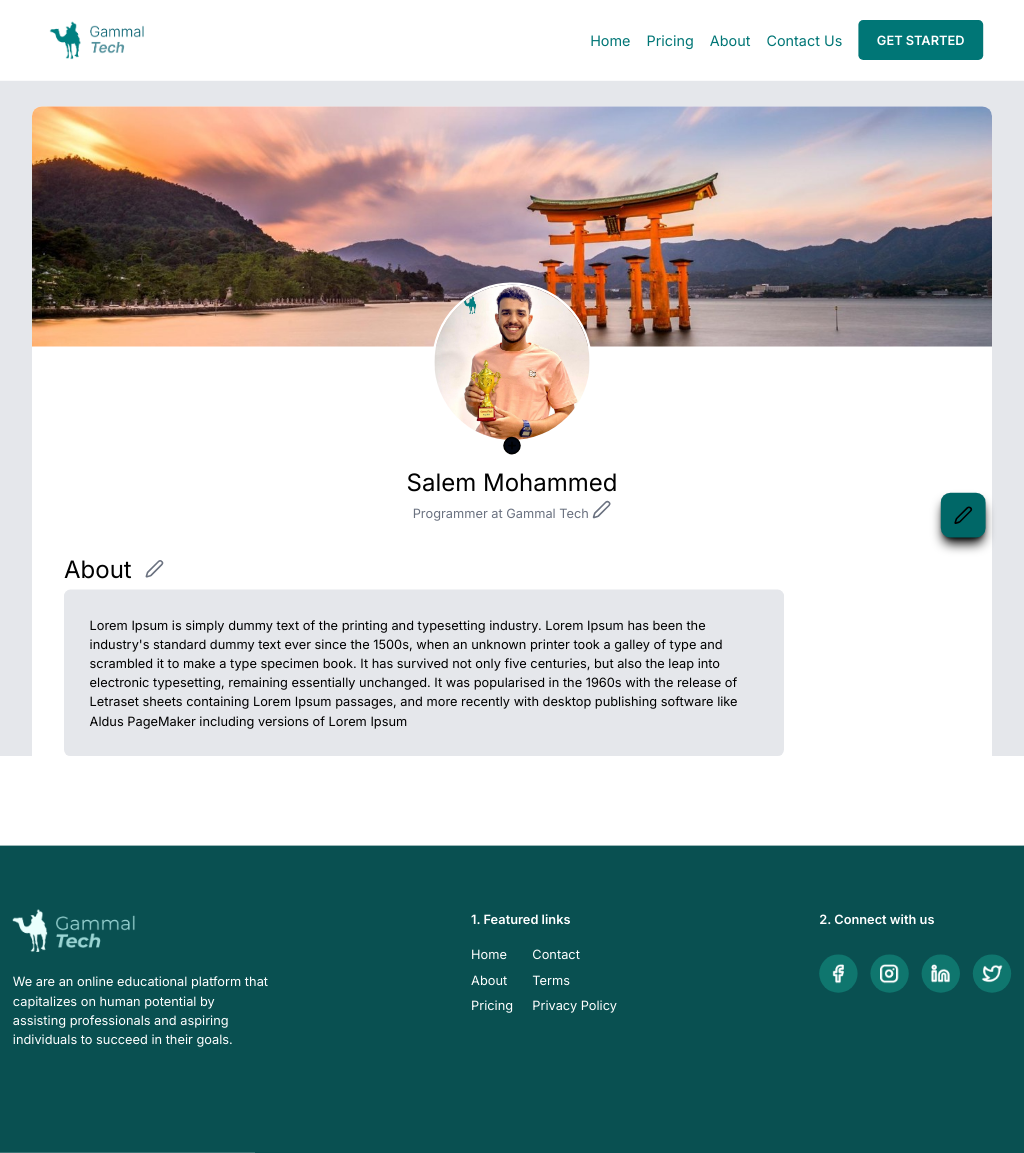
Repository: Ahmed77669/Internship-test
Page: /profile
An editor plug-in stored every save of this project. The page is shown before and after the next save, followed by the edit.
The browser window is 1280 px wide. The pictures show the whole page, at 80% of full size.
The page's requests for data from a server got no answer. The project was rebuilt for these pictures with package versions that can differ from the ones it lists, and the page was loaded fresh each time. The framework's server and built-in components were replaced by stand-ins that run in the browser. No one was signed in, and anything a server would have sent is missing. Also part of the build but not shown: next.config.mjs, components/Header/NavBarAuth.tsx.

Above is the page before, as saved 2024-10-25 14:34:27.

### app/layout.tsx
import type { Metadata } from "next";
import localFont from "next/font/local";
import "@/app/styles/globals.css";
import NavBarHome from "@/components/Header/Navbar";
import NavBarAuth from "@/components/Header/NavBarAuth";
import { Inter } from "next/font/google";
import Footer from "@/components/Footer/Footer";
import { cookies } from "next/headers";

const inter = Inter({
  subsets: ["latin"],
});
const geistSans = localFont({
  src: "./fonts/GeistVF.woff",
  variable: "--font-geist-sans",
  weight: "100 900",
});
const geistMono = localFont({
  src: "./fonts/GeistMonoVF.woff",
  variable: "--font-geist-mono",
  weight: "100 900",
});

export const metadata: Metadata = {
  title: "Gammal Tech Exam",
  description: "Generated by create next app",
};

export default function RootLayout({
  children,
}: Readonly<{
  children: React.ReactNode;
}>) {
  const cookieStore = cookies();
  const isAuthenticated = cookieStore.get("isAuthenticated")?.value === "true";
  return (
    <html lang="en">
      <body
        className={`${geistSans.variable} ${geistMono.variable} antialiased ${inter.className}`}
      >
        {isAuthenticated ? <NavBarAuth /> : <NavBarHome />}
        {children}
        <Footer />
      </body>
    </html>
  );
}

### app/profile/page.tsx
import React from 'react'
import Profile from '@/components/Profile/Profile'
const profile = () => {
  return (
    <Profile />
  )
}

export default profile

### app/styles/globals.css
@tailwind base;
@tailwind components;
@tailwind utilities;

:root {
  --background: #ffffff;
  /* --foreground: #171717; */
}

@media (prefers-color-scheme: dark) {
  :root {
    /* --background: #0a0a0a; */
    --foreground: #ededed;
  }
}

body {
  color: var(--foreground);
  background: var(--background);
  font-family: Arial, Helvetica, sans-serif;
}

@layer utilities {
  .text-balance {
    text-wrap: balance;
  }
}

### components/Header/Navbar.tsx
"use client";
import React, { useEffect, useState } from "react";
import GT_logo from "@/public/gammalTech-logos/Component 6.png";
import Link from "next/link";
import Image from "next/image";
import { Menu } from "lucide-react";
import { X } from "lucide-react";

export default function NavBarHome() {
  const [isOpen, setIsOpen] = useState(false);

  const toggleMenu = () => {
    setIsOpen((prev) => !prev);
  };

  useEffect(() => {
    const handleResize = () => {
      if (window.innerWidth > 1024) {
        setIsOpen(false);
      }
    };

    window.addEventListener("resize", handleResize);
    return () => {
      window.removeEventListener("resize", handleResize);
    };
  }, []);

  return (
    <div className={`py-5 container mx-auto w-[92%]`}>
      <nav className="relative">
        <ul className="flex justify-between items-center">
          <li className="min-w-[152px]">
            <Link href="/">
              <Image
                src={GT_logo}
                alt="Gammal Tech Logo"
                width={130}
                className="cursor-pointer"
              />
            </Link>
          </li>
          <div className="hidden md:flex space-x-5">
            <Link
              href="/"
              className="text-[#007676] text-[18px] font-normal flex items-center"
            >
              Home
            </Link>
            <Link
              href="/pricing"
              className="text-[#007676] text-[18px] font-normal flex items-center"
            >
              Pricing
            </Link>
            <Link
              href="https://www.gammal.tech/"
              className="text-[#007676] text-[18px] font-normal flex items-center"
            >
              About
            </Link>
            <Link
              href="#"
              className="text-[#007676] text-[18px] font-normal flex items-center"
            >
              Contact Us
            </Link>
            <Link href="/signup">
              <button className="bg-[#007676] text-white rounded-md w-[156px] h-[50px] text-[16px] font-semibold  py-1 px-3 transition-all duration-300 ease-in-out hover:bg-[#005555] hover:shadow-lg">
                GET STARTED
              </button>
            </Link>
          </div>
          <div className="md:hidden flex items-center">
            <button
              onClick={toggleMenu}
              className="text-[#007676] focus:outline-none"
            >
              {isOpen ? (
                <X size={40} color="#007676" strokeWidth={2} />
              ) : (
                <Menu size={40} color="#007676" strokeWidth={2} />
              )}
            </button>
          </div>
        </ul>

        {isOpen && (
          <div className="absolute right-0 mt-2 w-full bg-white shadow-lg rounded-lg z-20 transition-transform transform origin-top-right scale-100">
            <div className="flex flex-col items-center justify-center mx-auto p-4">
              <Link
                href="/"
                className="text-[#007676] text-lg font-semibold hover:bg-[#f0f0f0] transition duration-200 p-3 rounded-lg text-center w-full"
                onClick={() => setIsOpen(false)}
              >
                Home
              </Link>
              <Link
                href="/pricing"
                className="text-[#007676] text-lg font-semibold hover:bg-[#f0f0f0] transition duration-200 p-3 rounded-lg text-center w-full"
                onClick={() => setIsOpen(false)}
              >
                Pricing
              </Link>
              <Link
                href="/about"
                className="text-[#007676] text-lg font-semibold hover:bg-[#f0f0f0] transition duration-200 p-3 rounded-lg text-center w-full"
                onClick={() => setIsOpen(false)}
              >
                About Us
              </Link>

              <button
                className="mt-4 bg-[#007676] text-white text-lg font-semibold py-2 px-6 rounded-lg hover:bg-[#005c5c] transition duration-200"
                onClick={() => setIsOpen(false)}
              >
                GET STARTED
              </button>
            </div>
          </div>
        )}
      </nav>
    </div>
  );
}

### components/Footer/Footer.tsx
import React from "react";
import Image from "next/image";
import footerLogo from "@/public/gammalTech-logos/footer-logo.png";
import Link from "next/link";
import linkdin from "@/public/socialmediaIcons/linkdin.png";
import facebook from "@/public/socialmediaIcons/Facebook.png";
import instagram from "@/public/socialmediaIcons/Instagram.png";
import twitter from "@/public/socialmediaIcons/Twitter.png";

const Footer = () => {
  return (
    <section className="bg-[#095051] py-20 min-h-96 h-auto">
      <div className="container mx-auto px-4 ">
        <div className="flex justify-between flex-wrap ">
          <div className="mb-10">
            <div className="mb-6">
              <Image src={footerLogo} alt="Gammal Tech Logo" width={152} />
            </div>
            <div className="text-white w-80">
              We are an online educational platform that capitalizes on human
              potential by assisting professionals and aspiring individuals to
              succeed in their goals.
            </div>
          </div>

          <div className="text-white flex flex-col mb-10">
  <p className="font-semibold mb-5">1. Featured links</p>
  <div className="flex justify-between">
    {/* First column of links */}
    <div className="flex flex-col space-y-2 mr-6">
      <Link href="/">Home</Link>
      <Link href="https://www.gammal.tech/">About</Link>
      <Link href="/pricing">Pricing</Link>
    </div>

    {/* Second column of links */}
    <div className="flex flex-col space-y-2">
      <Link href="#">Contact</Link>
      <Link href="#">Terms</Link>
      <Link href="#">Privacy Policy</Link>
    </div>
  </div>
</div>


          <div>
            <p className="text-white font-semibold mb-8">2. Connect with us</p>
            <div className="flex space-x-4">
              <Link
                href="https://www.facebook.com/gammal.tech/?locale=ar_AR"
                passHref
                target="_blank"
              >
                <div className="w-12 h-12 bg-teal-700 rounded-full flex items-center justify-center cursor-pointer">
                  <Image src={facebook} alt="Facebook Logo" />
                </div>
              </Link>
              <Link
                href="https://www.instagram.com/gammal.tech/?hl=ar"
                passHref
                target="_blank"
              >
                <div className="w-12 h-12 bg-teal-700 rounded-full flex items-center justify-center cursor-pointer">
                  <Image src={instagram} alt="Instagram Logo" />
                </div>
              </Link>
              <Link
                href="https://www.linkedin.com/company/gammal-tech/"
                passHref
                target="_blank"
              >
                <div className="w-12 h-12 bg-teal-700 rounded-full flex items-center justify-center cursor-pointer">
                  <Image src={linkdin} alt="LinkedIn Logo" />
                </div>
              </Link>
              <Link
                href="https://x.com/gammaltech?lang=ar"
                passHref
                target="_blank"
              >
                <div className="w-12 h-12 bg-teal-700 rounded-full flex items-center justify-center cursor-pointer">
                  <Image src={twitter} alt="Twitter Logo" />
                </div>
              </Link>
            </div>
          </div>
        </div>
      </div>
    </section>
  );
};

export default Footer;

### components/Profile/Profile.tsx
import React from "react";
import Image from "next/image";
import selectedImage from "@/public/coders photos/coder2.jpg";
import popoo from "@/public/popoo.jpg"
import { Pen , PlusCircle} from "lucide-react";

const Profile = () => {
  return (
    <section className="bg-gray-200 mb-28 ">
      <div className="flex justify-center container mx-auto">
        <div className="w-[1200px]  bg-white rounded-t-xl mt-8">
        <div className="w-full h-[300px] mb-5 rounded-t-xl" style={{
  backgroundImage: "url('/popoo.jpg')",
  backgroundSize: "cover",
  backgroundPosition: "center",
  backgroundRepeat: "no-repeat",
}}></div>
<div className="bg-[#006767] w-14 h-14 shadow-black shadow-lg flex items-center justify-center rounded-xl absolute right-4 bottom-4 sm:right-6 sm:bottom-6 md:right-10 md:bottom-10 lg:right-12 lg:bottom-12 cursor-pointer">
  <Pen />
</div>

<div className="flex flex-col items-center -mt-[100px] mb-10">
  <Image
    src={selectedImage}
    alt="Profile Avatar"
    width={200}
    height={200}
    style={{
      width: "200px",
      height: "200px",
      borderRadius: "300px",
      objectFit: "cover",
      border: "3px white solid"
    }}
  />
<PlusCircle className="relative -inset-y-2 fill-gray-950 cursor-pointer"/>
  <p className="text-black text-3xl mt-2">Salem Mohammed</p>
  <div className="flex">
  <p className="text-gray-500 text-[16px] mt-2 mr-1">Programmer at Gammal Tech</p>
    <Pen className="text-lg mt-1 text-gray-500 cursor-pointer" />
  </div>
</div>
<div className="flex">
<div className="text-black text-3xl ml-10 mr-4 mb-2">
  About
</div>
<Pen className="text-lg mt-[6px]  text-gray-500 cursor-pointer" />
</div>
<div className="bg-gray-200 p-8 rounded-lg w-3/4 ml-10">
  <p className="text-black">
Lorem Ipsum is simply dummy text of the printing and typesetting industry. Lorem Ipsum has been the industry's standard dummy text ever since the 1500s, when an unknown printer took a galley of type and scrambled it to make a type specimen book. It has survived not only five centuries, but also the leap into electronic typesetting, remaining essentially unchanged. It was popularised in the 1960s with the release of Letraset sheets containing Lorem Ipsum passages, and more recently with desktop publishing software like Aldus PageMaker including versions of Lorem Ipsum
</p>
</div>

        </div>
      </div>
    </section>
  );
};

export default Profile;

### tailwind.config.js
/** @type {import('tailwindcss').Config} */
module.exports = {
  content: [
    './components/**/*.{js,ts,jsx,tsx}',
    './app/**/*.{js,ts,jsx,tsx}',
    './middleware.ts'
  ],
  theme: {
    extend: {},
  },
  plugins: [],
}

After the next save:
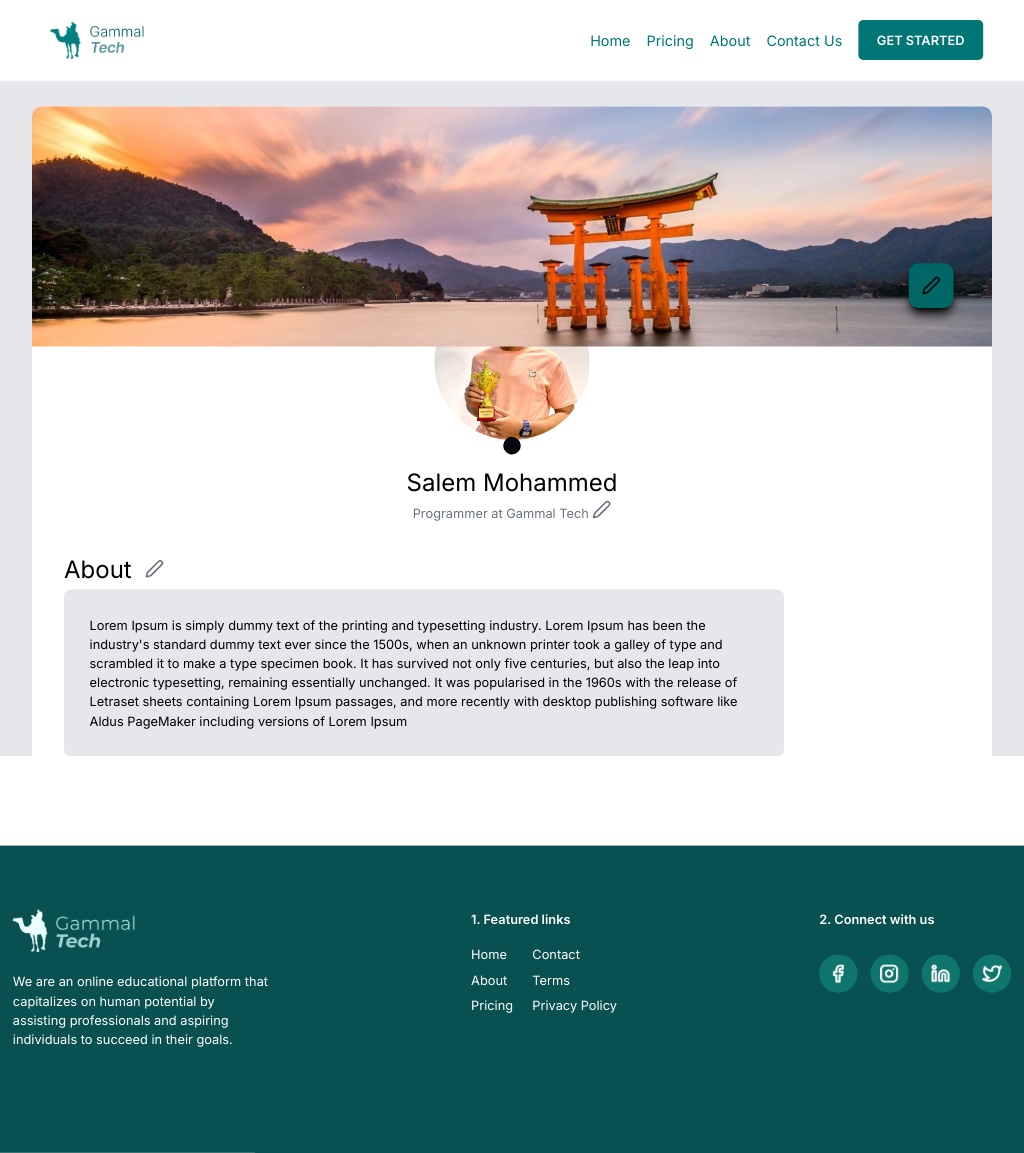
Saved 64 s later.
--- a/components/Profile/Profile.tsx
+++ b/components/Profile/Profile.tsx
@@ -9,14 +9,15 @@
     <section className="bg-gray-200 mb-28 ">
       <div className="flex justify-center container mx-auto">
         <div className="w-[1200px]  bg-white rounded-t-xl mt-8">
-        <div className="w-full h-[300px] mb-5 rounded-t-xl" style={{
+        <div className="relative w-full h-[300px] mb-5 rounded-t-xl" style={{
   backgroundImage: "url('/popoo.jpg')",
   backgroundSize: "cover",
   backgroundPosition: "center",
   backgroundRepeat: "no-repeat",
-}}></div>
-<div className="bg-[#006767] w-14 h-14 shadow-black shadow-lg flex items-center justify-center rounded-xl absolute right-4 bottom-4 sm:right-6 sm:bottom-6 md:right-10 md:bottom-10 lg:right-12 lg:bottom-12 cursor-pointer">
-  <Pen />
+}}>
+  <div className="bg-[#006767] w-14 h-14 shadow-black shadow-lg flex items-center justify-center rounded-xl absolute right-4 bottom-4 sm:right-6 sm:bottom-6 md:right-10 md:bottom-10 lg:right-12 lg:bottom-12 cursor-pointer">
+    <Pen />
+  </div>
 </div>
 
 <div className="flex flex-col items-center -mt-[100px] mb-10">

After the 2 saves that followed:
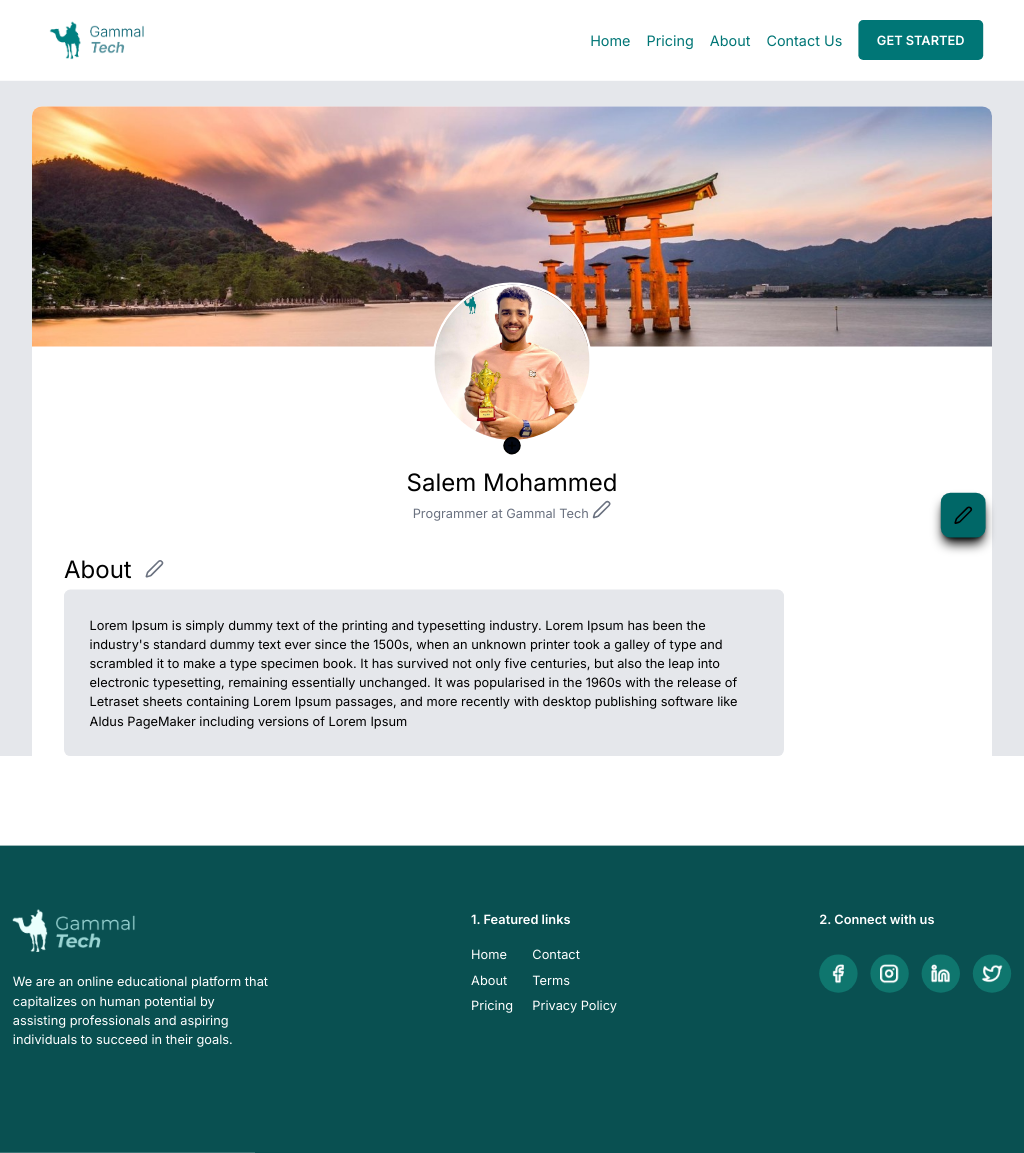
The 2 saves are shown as one change because 1 left the picture as it was.
The last was saved 42 s later.
--- a/components/Profile/Profile.tsx
+++ b/components/Profile/Profile.tsx
@@ -9,15 +9,14 @@
     <section className="bg-gray-200 mb-28 ">
       <div className="flex justify-center container mx-auto">
         <div className="w-[1200px]  bg-white rounded-t-xl mt-8">
-        <div className="relative w-full h-[300px] mb-5 rounded-t-xl" style={{
+        <div className="w-full h-[300px] mb-5 rounded-t-xl" style={{
   backgroundImage: "url('/popoo.jpg')",
   backgroundSize: "cover",
   backgroundPosition: "center",
   backgroundRepeat: "no-repeat",
-}}>
-  <div className="bg-[#006767] w-14 h-14 shadow-black shadow-lg flex items-center justify-center rounded-xl absolute right-4 bottom-4 sm:right-6 sm:bottom-6 md:right-10 md:bottom-10 lg:right-12 lg:bottom-12 cursor-pointer">
-    <Pen />
-  </div>
+}}></div>
+<div className="bg-[#006767] w-14 h-14 shadow-black shadow-lg flex items-center justify-center rounded-xl absolute right-4 bottom-4 sm:right-6 sm:bottom-6 md:right-10 md:bottom-10 lg:right-12 lg:bottom-12 cursor-pointer">
+  <Pen />
 </div>
 
 <div className="flex flex-col items-center -mt-[100px] mb-10">
